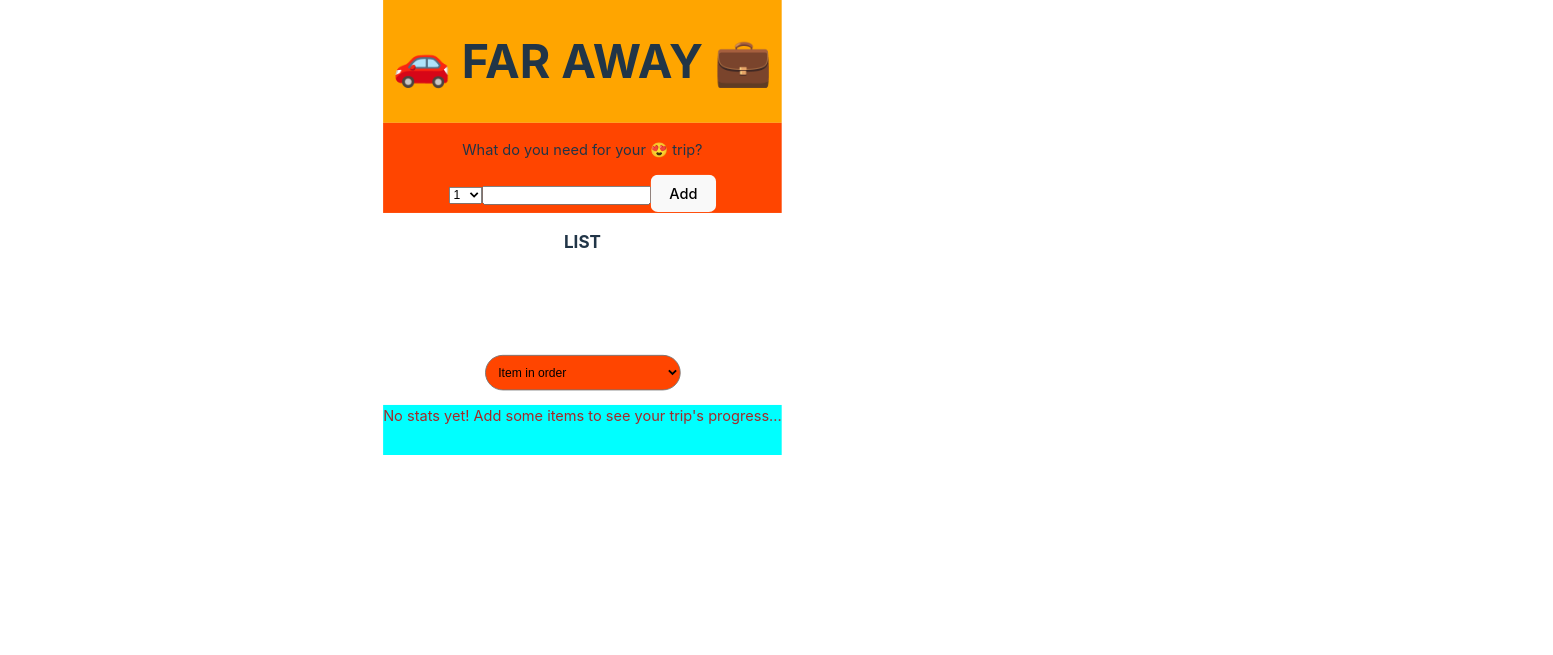
Repository: Celebration-cloud/Trip-Add-To-List
Page: /
The author's editor kept a copy of each file at every save. The page is drawn from the files as they stood at one save, then again after a run of saves.
The browser window is 1280 px wide. The page is 1280 px wide, then 1707 px, so the pictures cover 1707 px, including what lies to the right of the window. The pictures show the whole page, at 91% of full size.
The project was rebuilt for these pictures with package versions that can differ from the ones it lists, and the page was loaded fresh each time. Also part of the build but not shown: vite.config.js.

Above is the page before, as saved 2023-10-29 16:10:59.

### src/App.jsx
import './App.css'
import TripList from './Trip-List/TripList'

function App() {

  return (
    <>
    <TripList/>
    </>
  )
}

export default App

### src/App.css
#root {
  margin: 0;
  padding: 0;
  text-align: center;
}

.logo {
  height: 6em;
  padding: 1.5em;
  will-change: filter;
  transition: filter 300ms;
}
.logo:hover {
  filter: drop-shadow(0 0 2em #646cffaa);
}
.logo.react:hover {
  filter: drop-shadow(0 0 2em #61dafbaa);
}

@keyframes logo-spin {
  from {
    transform: rotate(0deg);
  }
  to {
    transform: rotate(360deg);
  }
}

@media (prefers-reduced-motion: no-preference) {
  a:nth-of-type(2) .logo {
    animation: logo-spin infinite 20s linear;
  }
}

.card {
  padding: 2em;
}

.read-the-docs {
  color: #888;
}

### src/Trip-List/TripList.jsx
/* eslint-disable react/no-unescaped-entities */
/* eslint-disable react/prop-types */
import { useState } from "react";

function TripList() {
  const [addItem, setAddItem] = useState([]);

  const handleAddItem = (item) => {
    setAddItem((items) => [...items, item]);
  };
  const handleRemoveItem = (id) =>{
    setAddItem(items => items.filter(p => p.id !== id))
  }
  const handleChecked = (id) => {
    setAddItem(items => items.map(item => item.id === id ? {...item, packed: !item.packed} : item));
  };
  return (
    <div>
      <TripHead/>
      <TripForm handleAddItem={handleAddItem}/>
      <TripListForm addItem={addItem} remove={handleRemoveItem} check={handleChecked}/>
      <TripStats stats={addItem}/>
    </div>
  )
}

export default TripList

function TripHead() {
  return (
    <div style={{backgroundColor: "orange", padding: "5px"}}>
      <h1 style={{fontFamily: "inherit"}}>🚗 FAR AWAY 💼</h1>
    </div>
  )
}

function TripForm({handleAddItem}) {
  const [item, setItem] = useState({description: "", quantity: 1})

  const handleSubmit = (e) =>{
    e.preventDefault();
    if (!item.description) return;

    const newItem = {
      des: item.description,
      amount: item.quantity,
      packed: false,
      id: Date.now(),
    };

    handleAddItem(newItem);
    setItem({ description: "", quantity: 1 });
  }
  const handleInput = (e) =>{
    setItem(prev => ({...prev, description: e.target.value}))
  }
  const handleOption = (e) =>{
    setItem(prevState => ({...prevState,quantity: Number(e.target.value)}))
  }
  return (
    <div style={{ backgroundColor: "orangered", padding: "1px" }}>
      <form onSubmit={handleSubmit}>
        <span>
          <p>What do you need for your 😍 trip?</p>
          <select onChange={handleOption} value={item.quantity}>
            {Array.from({ length: 10 }, (_, i) => i + 1).map((num) => (
              <option value={num} key={num}>
                {num}
              </option>
            ))}
          </select>
          <input onChange={handleInput} value={item.description}></input>
          <button type="submit">Add</button>
        </span>
      </form>
    </div>
  );
}

function TripListForm({addItem, remove, check}) {
  const [sort, setSort] = useState("input")
  const sortingBy = (e) => {
    setSort(e.target.value);
  };
  let sorting;
  if (sort === "input") sorting = addItem;
  if (sort === "checked")
    sorting = addItem.slice().sort((a, b) => a.des.localeCompare(b.des));
  if (sort === "order")
    sorting = addItem
      .slice()
      .sort((a, b) => Number(a.packed) - Number(b.packed));

  return (
    <>
      <h3>LIST</h3>
      <ul style={{ listStyleType: "none" }}>
        <li>
          {sorting?.map((item) => (
            <>
              <input
                type="checkbox"
                value={item.packed}
                onChange={() => check(item.id)}
              />
              <span
                key={item.id}
                style={item.packed ? { textDecoration: "line-through" } : {}}
              >
                {item.amount}-{item.des}
              </span>
              <button onClick={() => remove(item.id)}>
                🚩
              </button>
            </>
          ))}
        </li>
      </ul>
      <div>
        <select onChange={sortingBy} value={sort} style={{padding: "10px 100px 10px 10px", marginTop: "90px", backgroundColor: "orangered", borderRadius: "20px"}}>
          <option value="input" style={{marginRight: "5px", backgroundColor: "brown" }}>Item in order</option>
          <option value="checked" style={{marginRight: "5px"}}>Checked Item</option>
          <option value="order" style={{marginRight: "5px"}}>Split Item</option>
        </select>
      </div>
    </>
  );
}

function TripStats({stats}) {
  if(!stats.length)
  return (
    <footer
      style={{
        backgroundColor: "aqua",
        color: "brown",
        bottom: "0%",
        height: "55px",
        width: "100%",
      }}
    >
      <p>No stats yet! Add some items to see your trip's progress...</p>
    </footer>
  );
  const total = stats.length
  const packed= stats.filter(items => items.packed).length
  const percent = Math.round((packed / total) * 100)
  return (
    <>
      {percent === 100 ? (
        <footer
          style={{
            backgroundColor: "aqua",
            color: "brown",
            bottom: "0%",
            height: "55px",
            width: "100%",
          }}
        >
          <p>You have Completed the List✈</p>
        </footer>
      ) : (
        <footer
          style={{
            backgroundColor: "aqua",
            color: "brown",
            bottom: "0%",
            height: "30px",
            width: "100%",
          }}
        >
          <p>
            You have {total} items on your list, and already packed {packed} (
            {percent}%)
          </p>
        </footer>
      )}
    </>
  );
}

Loaded but not shown: index.html (common file); src/main.jsx (common file); src/index.css (common file)

After the next 3 saves:
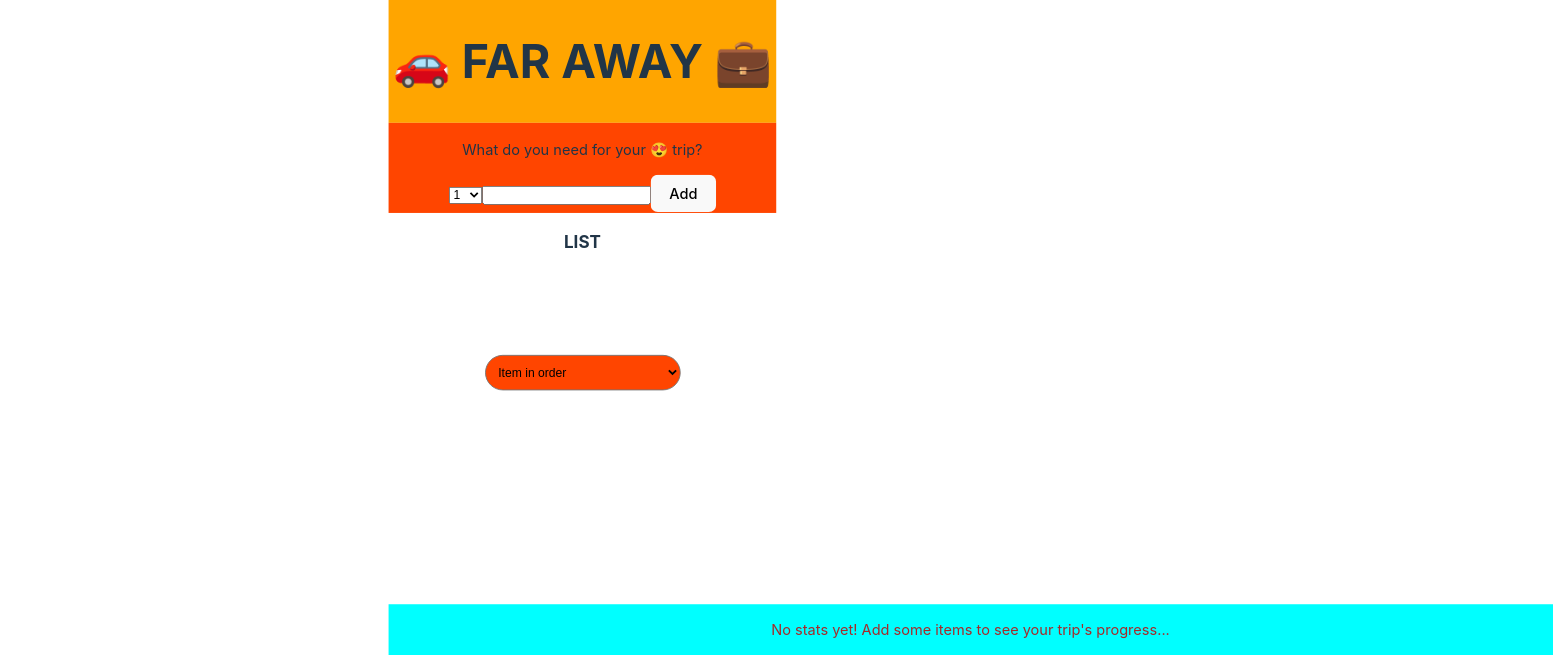
The 3 saves are shown as one change because they came seconds apart.
The last was saved 109 s later.
--- a/src/Trip-List/TripList.jsx
+++ b/src/Trip-List/TripList.jsx
@@ -132,10 +132,10 @@ function TripStats({stats}) {
   return (
     <footer
       style={{
+        position: "absolute",
         backgroundColor: "aqua",
         color: "brown",
-        bottom: "0%",
-        height: "55px",
+        bottom: "-0%",
         width: "100%",
       }}
     >
@@ -150,10 +150,10 @@ function TripStats({stats}) {
       {percent === 100 ? (
         <footer
           style={{
+            position: "absolute",
             backgroundColor: "aqua",
             color: "brown",
-            bottom: "0%",
-            height: "55px",
+            bottom: "-0%",
             width: "100%",
           }}
         >
